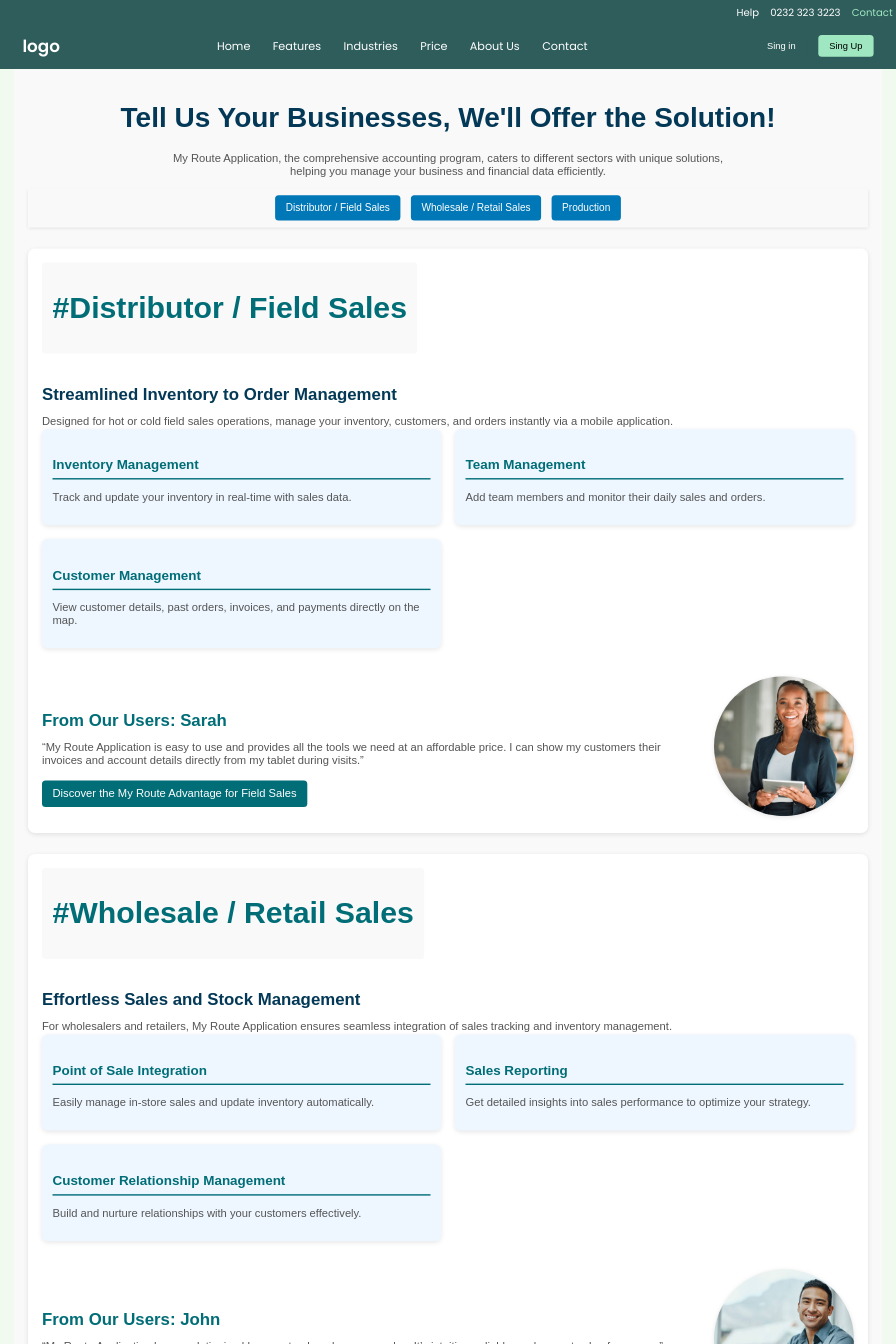
Repository: senolinanyasar/myrouteapplication
Page: /industries
An editor plug-in stored every save of this project. The page is shown before and after the next save, followed by the edit.
The browser window is 1280 px wide. The pictures show the part of the page from y = 0 to 1920 px (the page is 3406 px tall), at 70% of full size.
The project was rebuilt for these pictures with package versions that can differ from the ones it lists, and the page was loaded fresh each time. Also part of the build but not shown: vite.config.js, src/components/HeroSection.css, src/components/HeroSection.js, src/components/FeaturesSection.css, src/components/FeaturesSection.js, src/components/PricingSection.css, src/components/PricingSection.js, src/components/SupportSection.css and 6 more.

Above is the page before, as saved 2024-11-17 23:07:26.

After the next save:
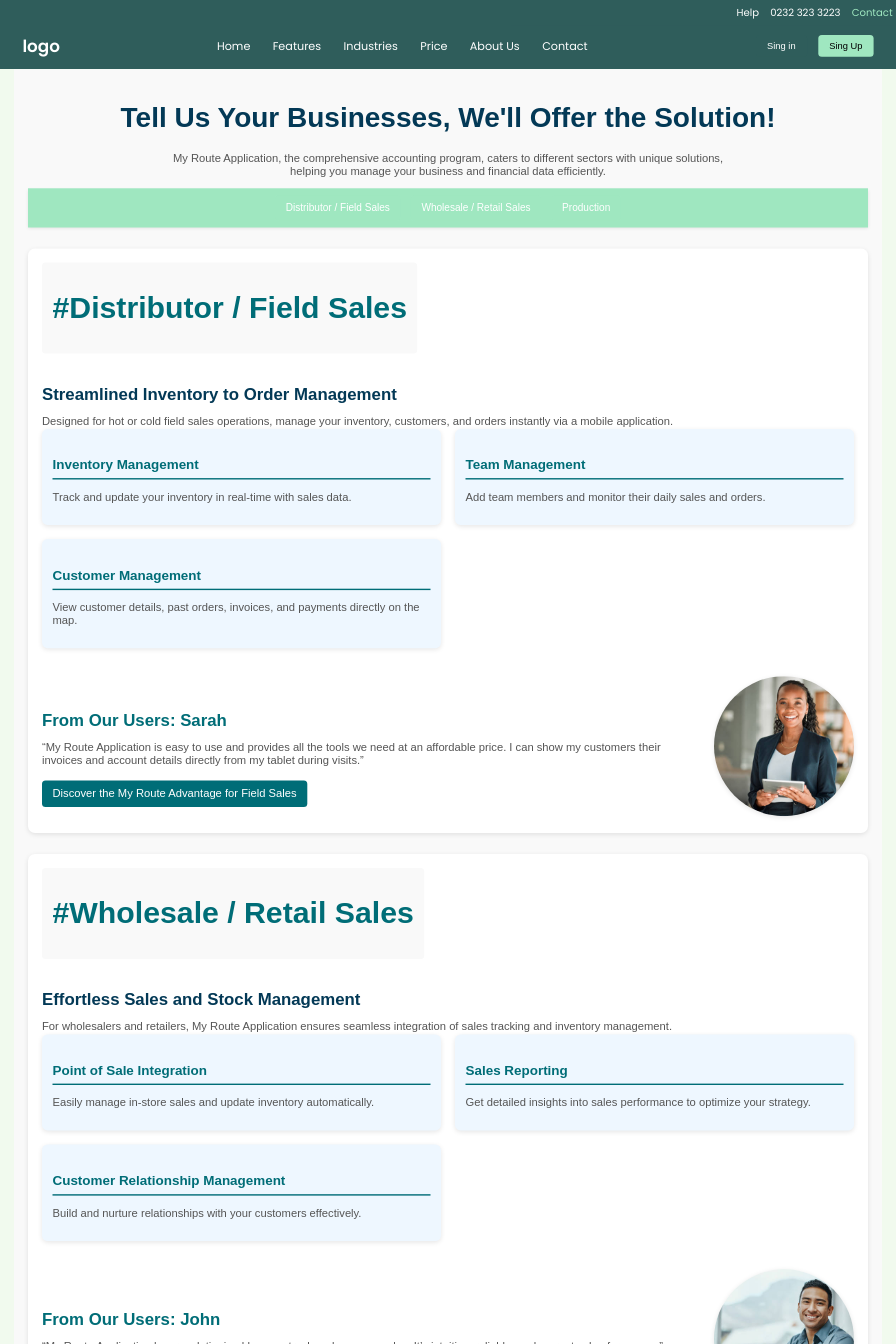
Saved 41 s later.
--- a/src/components/IndustriesPage.css
+++ b/src/components/IndustriesPage.css
@@ -32,7 +32,7 @@
     position: sticky;
     top: 0;
     z-index: 10;
-    background-color: #f9f9f9;
+    background-color: #9fe7c0;
     padding: 10px 0;
     box-shadow: 0 2px 5px rgba(0, 0, 0, 0.1);
 }
@@ -41,7 +41,7 @@
     padding: 10px 15px;
     border: none;
     border-radius: 5px;
-    background-color: #0077b6;
+    background-color: #9fe7c0;
     color: #fff;
     cursor: pointer;
     font-size: 0.9rem;
